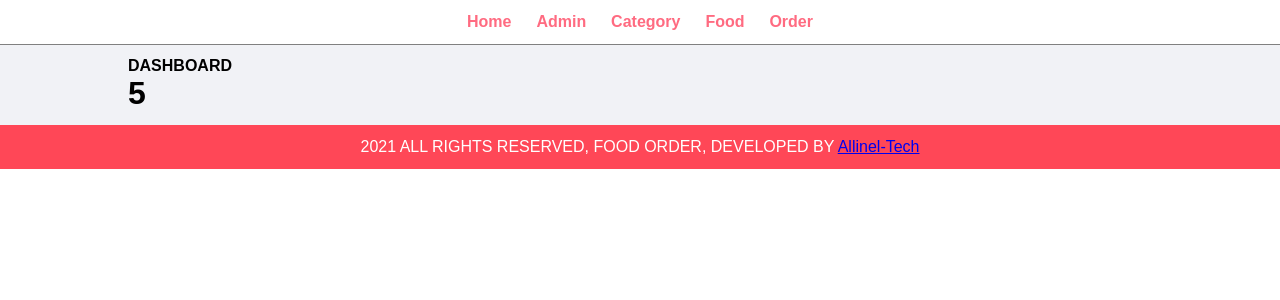
Repository: yazshrilld/food_order
Page: http://localhost/admin/index.php
The author's editor kept a copy of each file at every save. The page is drawn from the files as they stood at one save, then again after a run of saves.
The browser window is 1280 px wide. The pictures show the whole page.
The page is run by PHP 8.4 with error messages shown; the project is at /var/www/html/.

Above is the page before, as saved 2021-01-24 16:35:02.

After the next 3 saves:
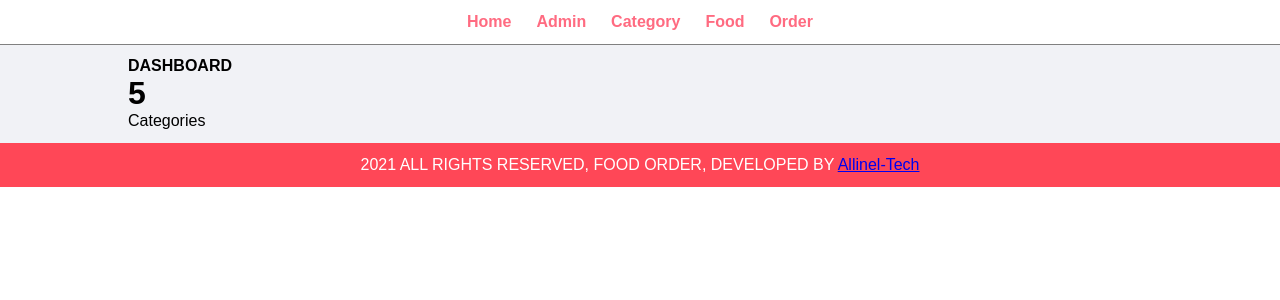
The 3 saves are shown as one change because they came seconds apart.
The last was saved 8 s later.
--- a/admin/index.php
+++ b/admin/index.php
@@ -24,7 +24,7 @@
                     <strong>DASHBOARD</strong>
                     <div class="col-4">
                         <h1>5</h1>
-
+                        Categories
                     </div>
                 </div>
             </div>
